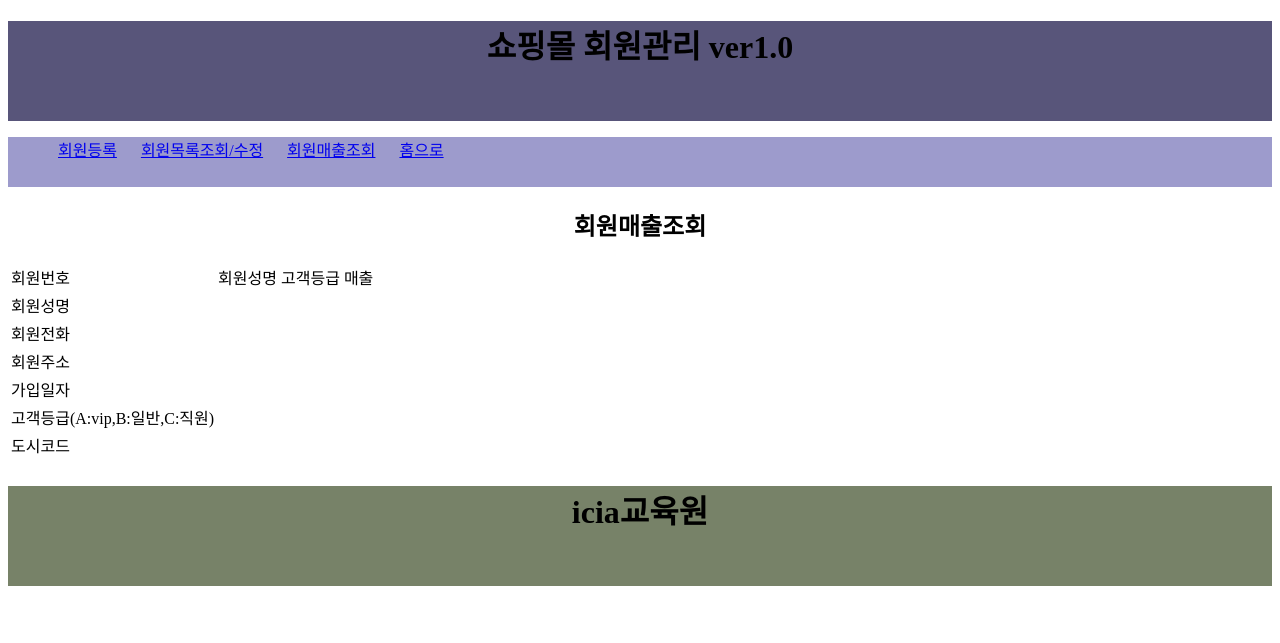
Repository: Kim-seongjun/javastudy2
Page: http://localhost/back_end_test/membersales
The author's editor kept a copy of each file at every save. The page is drawn from the files as they stood at one save, then again after the next save.
The browser window is 1280 px wide. The pictures show the whole page.
The page is served by Tomcat 9. Other server files are loaded and not shown.

Above is the page before, as saved 2020-01-22 06:03:06.

### back_end_test/WebContent/membersales.jsp
<%@ page language="java" contentType="text/html; charset=UTF-8"
    pageEncoding="UTF-8"%>
<!DOCTYPE html>
<html>
<head>
<meta charset="UTF-8">
<title>Insert title here</title>
<style>
#header {
	background-color: #58557A;
	text-align: center;
	height: 100px;
}
#nav {
	background-color: #9D9BCC;
	height: 50px;
}
#footer {
	text-align: center;
	background-color: #778268;
	height: 100px;
}
</style>
</head>
<body>

<header>
		<div id="header">
			<jsp:include page="header.jsp" />
		</div>
	</header>
	<nav>
		<div id="nav">
			<jsp:include page="nav.jsp" />
		</div>
	</nav>
	<section>
		<div>
			<h1 style="text-align: center;">회원매출조회</h1>
		</div>
		<div id="div_join">
			<form action="#">
				<table>
					<tr>
						<td>회원번호</td>
						<td>회원성명</td>
						<td>고객등급</td>
						<td>매출</td>
					</tr>
					<tr>
						<td>회원성명</td>
					</tr>
					<tr>
						<td>회원전화</td>
						<td></td>
					</tr>
					<tr>
						<td>회원주소</td>
					</tr>
					<tr>
						<td>가입일자</td>
					</tr>
					<tr>
						<td>고객등급(A:vip,B:일반,C:직원)</td>
					</tr>
					<tr>
						<td>도시코드</td>
					</tr>
					<tr>
						<td ></td>
					</tr>
				</table>
			</form>
		</div>
	</section>
	<footer>
		<div id="footer">
			<jsp:include page="footer.jsp" />
		</div>
	</footer>
</body>
</html>

### back_end_test/WebContent/header.jsp
<%@ page language="java" contentType="text/html; charset=UTF-8"
	pageEncoding="UTF-8"%>
<!DOCTYPE html>
<html>
<head>
<meta charset="UTF-8">
<title>Insert title here</title>
<style>
</style>
</head>
<body>
<h1>쇼핑몰 회원관리 ver1.0</h1>
</body>
</html>

### back_end_test/WebContent/nav.jsp
<%@ page language="java" contentType="text/html; charset=UTF-8"
    pageEncoding="UTF-8"%>
<!DOCTYPE html>
<html>
<head>
<meta charset="UTF-8">
<title>Insert title here</title>

</head>
<style>
ul li {
	list-style-type: none;
	display: inline;
	margin: 0px 10px;
}
</style>
<body>
   <div id="div_nav">
      <ul id="list">
         <li><a href="Joinfrm">회원등록</a></li>
         <li><a href="memberlist">회원목록조회/수정</a></li>
         <li><a href="membersales">회원매출조회</a></li>
         <li><a href="index">홈으로</a></li>
      </ul>
   </div>
</body>
</html>

### back_end_test/WebContent/footer.jsp
<%@ page language="java" contentType="text/html; charset=UTF-8"
	pageEncoding="UTF-8"%>
<!DOCTYPE html>
<html>
<head>
<meta charset="UTF-8">
<title>Insert title here</title>
</head>
<body>
	<h1>icia교육원</h1>
</body>
</html>

### back_end_test/src/com/icia/open/Controller/Home.java
package com.icia.open.Controller;

import java.io.IOException;

import javax.servlet.RequestDispatcher;
import javax.servlet.ServletException;
import javax.servlet.annotation.WebServlet;
import javax.servlet.http.HttpServlet;
import javax.servlet.http.HttpServletRequest;
import javax.servlet.http.HttpServletResponse;

import com.icia.open.Bean.Forward;
import com.icia.open.DAO.MemberDao;
import com.icia.open.service.MemberMM;

/**
 * Servlet implementation class Home
 */

@WebServlet({ "/Joinfrm","/memberlist","/membersales","/index" })

public class Home extends HttpServlet {
	private static final long serialVersionUID = 1L;

	protected void doProcess(HttpServletRequest request, HttpServletResponse response)
			throws ServletException, IOException {
		request.setCharacterEncoding("utf-8");
		String cmd = request.getServletPath();
		System.out.println("cmd = " + cmd);
		Forward fw = new Forward();
		MemberMM mm = new MemberMM(request, response);
		MemberDao md = new MemberDao();

		switch (cmd) {
		case "/Joinfrm":
			fw = mm.Joinfrm();
			break;
		case "/index":
			fw = mm.index();
			break;
		case "/memberlist":
			fw = mm.memberlist();
			break;
		case "/membersales":
			fw = mm.membersales();
			break;
		}
		if(fw!=null) {
	         if(fw.isRedirect()) {
	            response.sendRedirect(fw.getPath());
	         }
	         else {
	            RequestDispatcher dis=request.getRequestDispatcher(fw.getPath());
	            dis.forward(request, response);
	         }
	      }
	}

	protected void doGet(HttpServletRequest request, HttpServletResponse response)
			throws ServletException, IOException {
		doProcess(request, response);
	}

	protected void doPost(HttpServletRequest request, HttpServletResponse response)
			throws ServletException, IOException {
		doProcess(request, response);
	}

}

### back_end_test/src/com/icia/open/Bean/Forward.java
package com.icia.open.Bean;

public class Forward {
	private String path;
	private boolean isRedirect;

	public String getPath() {
		return path;
	}

	public void setPath(String path) {
		this.path = path;
	}

	public boolean isRedirect() {
		return isRedirect;
	}

	public void setRedirect(boolean isRedirect) {
		this.isRedirect = isRedirect;
	}
}

### back_end_test/src/com/icia/open/service/MemberMM.java
package com.icia.open.service;

import javax.servlet.http.HttpServletRequest;
import javax.servlet.http.HttpServletResponse;

import com.google.gson.Gson;
import com.icia.open.Bean.Forward;
import com.icia.open.Bean.Member;
import com.icia.open.DAO.MemberDao;

public class MemberMM {
	HttpServletRequest request;
	HttpServletResponse response;

	public MemberMM(HttpServletRequest request, HttpServletResponse response) {
		// TODO Auto-generated constructor stub
	}

	public Forward index() {
		Forward fw = new Forward();
		fw.setPath("index.jsp");
		fw.setRedirect(false);
		return fw;

	}

	public Forward Joinfrm() {
		Forward fw = new Forward();
		MemberDao mDao = new MemberDao();
		Member mb = mDao.joinfrm();
		System.out.println("가져온다"+mb.getCustno());
		request.setAttribute("custno", mb.getCustno());
		fw.setPath("Joinfrm.jsp");
		fw.setRedirect(false);
		return fw;
	}

	public Forward memberlist() {
		Forward fw = new Forward();
		MemberDao mDao = new MemberDao();
		fw.setPath("memberlist.jsp");
		fw.setRedirect(false);
		return fw;
	}

	public Forward membersales() {
		Forward fw = new Forward();
		MemberDao mDao = new MemberDao();
		fw.setPath("membersales.jsp");
		fw.setRedirect(false);
		return fw;
	}

}

### back_end_test/src/com/icia/open/DAO/MemberDao.java
package com.icia.open.DAO;

import java.sql.Connection;
import java.sql.PreparedStatement;
import java.sql.ResultSet;
import java.sql.SQLException;

import com.icia.open.Bean.Member;

public class MemberDao {
	Connection con;
	PreparedStatement pstmt;
	ResultSet rs;

	public MemberDao() {
		con = JdbcUtil.getConnection();
	}

	public void close() {
		JdbcUtil.close(rs, pstmt, con);
	}

	public Member joinfrm() {
		String sql = "SELECT ROWNUM,CUSTNO FROM MEMBER WHERE ROWNUM=1 ORDER BY custno DESC";
		try {
			pstmt=con.prepareStatement(sql);
			rs=pstmt.executeQuery();
			Member mb = new Member();
			if(rs.next()) {
				mb.setCustno(rs.getInt("custno")+1);
				System.out.println("custno = "+rs.getInt("custno"));
			}
			return mb;

		} catch (SQLException e) {
			System.out.println("조인 예외");
			e.printStackTrace();
		}
		return null;
	}
}

### back_end_test/src/com/icia/open/DAO/JdbcUtil.java
package com.icia.open.DAO;
import java.sql.Connection;
import java.sql.DriverManager;
import java.sql.PreparedStatement;
import java.sql.ResultSet;
import java.sql.SQLException;

//디비접속, 디비종료, TX(commit, rollback....)
public class JdbcUtil {

	static { // 초기화 1번만
		try {
			Class.forName("oracle.jdbc.driver.OracleDriver");
		} catch (ClassNotFoundException cne) {
			System.out.println("드라이버 로딩 실패");
			cne.printStackTrace();
		}
	} // static End

	public static Connection getConnection() { //db접속
		Connection con=null;
		try {
			con = DriverManager.getConnection("jdbc:oracle:thin:@localhost:1521:xe", "ICIA2", "1111");
			System.out.println("DB접속 성공");
			//con.setAutoCommit(false);  //트랜잭션 처리시 수동 커밋
		} catch (SQLException e) {
			System.out.println("DB접속 실패");
			e.printStackTrace();
		}
		return con;
	}//getConnection() End

	public static void close(ResultSet rs, PreparedStatement pstmt, Connection con) {
		try {
			if (rs != null)
				rs.close();
			if (pstmt != null)
				pstmt.close();
			if (con != null)
				con.close();

		} catch (SQLException e) {
			System.out.println("close 에러");
			e.printStackTrace();
		}
		System.out.println("close Ok");
	} //close() End

	public static void commit(Connection con) {
		try {
		con.commit();
	} catch (Exception e) {
		e.printStackTrace();
	}

	}  // commit() End



	public static void rollback(Connection con) {
		try {
			con.rollback();
		} catch (Exception e) {
		}

	}//rollback() End




}//class End

After the next save:
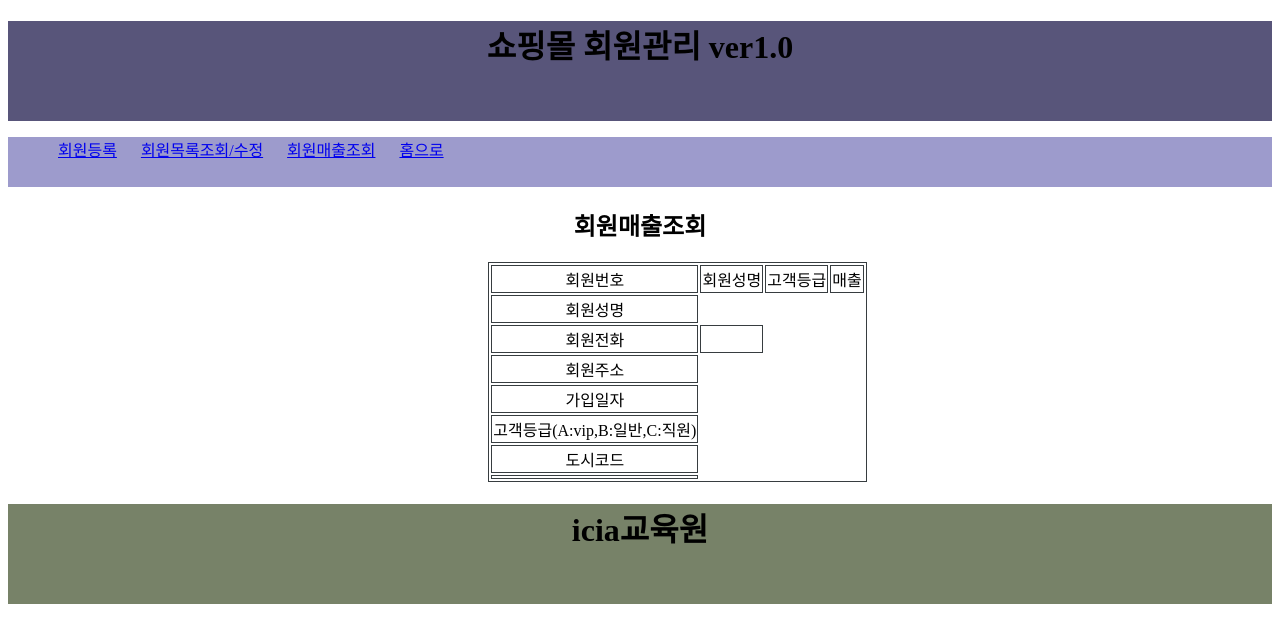
Saved 32 s later.
--- a/back_end_test/WebContent/membersales.jsp
+++ b/back_end_test/WebContent/membersales.jsp
@@ -19,6 +19,15 @@
 	text-align: center;
 	background-color: #778268;
 	height: 100px;
+}
+table {
+	border: 1px solid #373D40;
+	text-align: center;
+	margin-left: 38%;
+}
+
+tr td {
+	border: 1px solid #373D40;
 }
 </style>
 </head>
